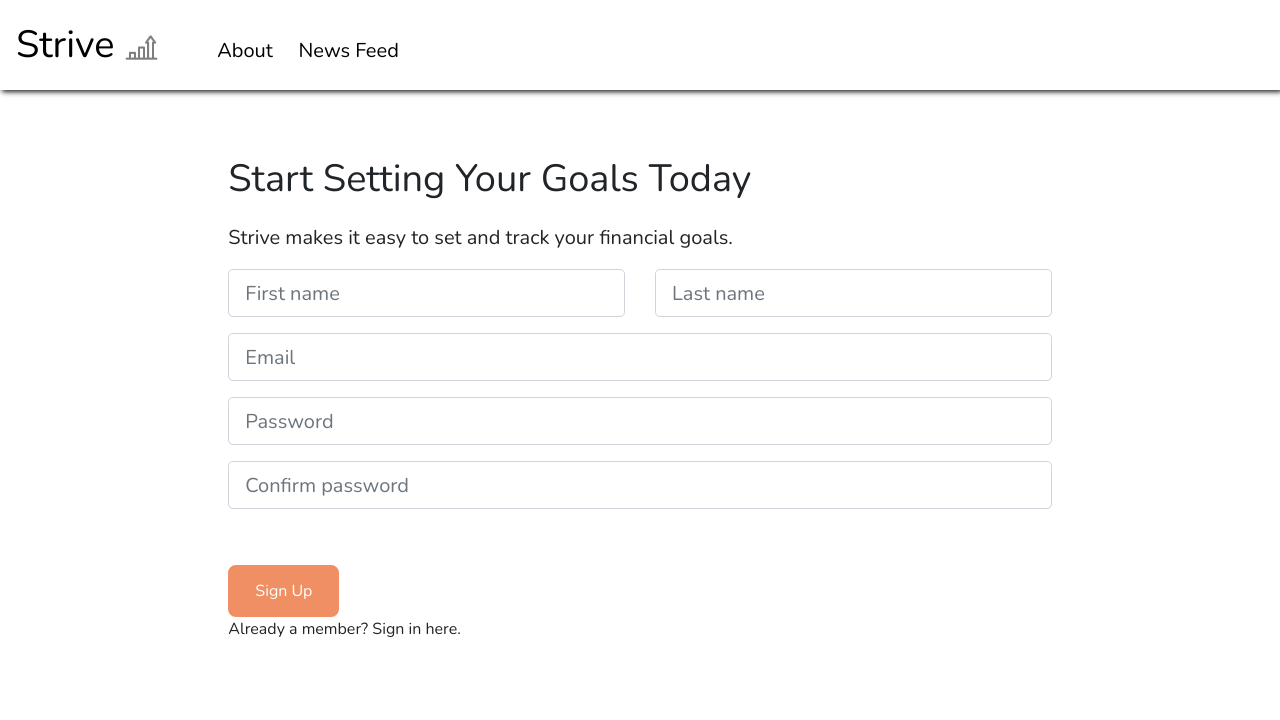
Repository: NoraOK/Strive
Page: http://localhost/strive/WEB-INF/strive/register.jsp
The author's editor kept a copy of each file at every save. The page is drawn from the files as they stood at one save, then again after the next save.
The browser window is 1280 px wide. The pictures show the whole page.
The page is served by Tomcat 9. Nobody is signed in. The template is opened directly, without the code that normally fills it, so the values that code supplies are empty.

Above is the page before, as saved 2019-12-18 20:17:22.

After the next save:
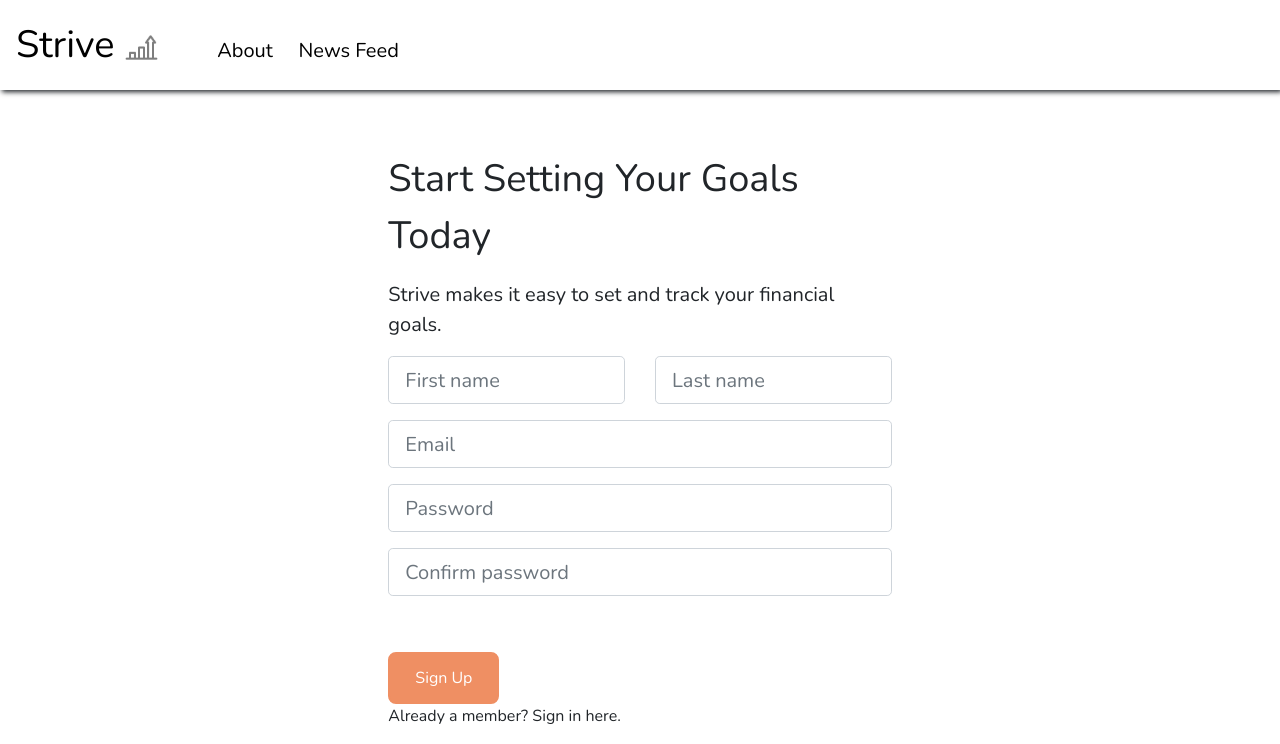
Saved 11 s later.
--- a/strive/src/main/webapp/WEB-INF/strive/register.jsp
+++ b/strive/src/main/webapp/WEB-INF/strive/register.jsp
@@ -14,7 +14,7 @@
 	<div>
 		<jsp:include page="headerNoLogout.jsp"/>
 	</div>
-	<div class="body container col-8">
+	<div class="body container col-5">
 		<p class="slogan">Start Setting Your Goals Today</p>
 		<p class="about">Strive makes it easy to set and track your financial goals.</p>
 
